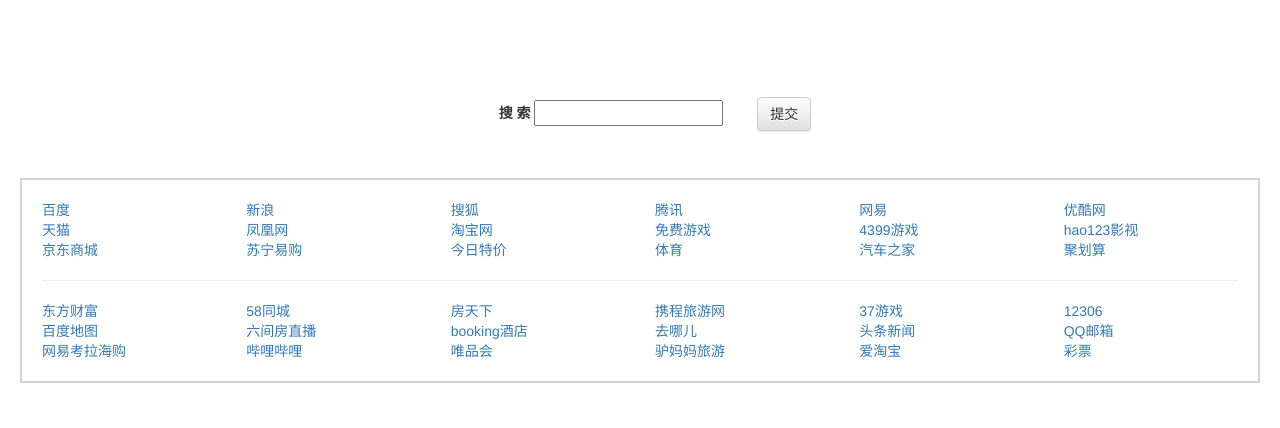
Repository: Echo-Jiang/Echo-Jiang.github.io
Page: test.15.html
The author's editor kept a record of every edit. The page is drawn from the files as they stood at one moment, then again after the next edit.
The browser window is 1280 px wide. The pictures show the whole page.

Above is the page before.

### test.15.html
<!DOCTYPE html>
<html lang="zh-CN">
  <head>
    <meta charset="utf-8">
    <meta http-equiv="X-UA-Compatible" content="IE=edge">
    <meta name="viewport" content="width=device-width, initial-scale=1">
    <!-- 上述3个meta标签*必须*放在最前面，任何其他内容都*必须*跟随其后！ -->
    <meta name="description" content="">
    <meta name="author" content="">
    <link rel="icon" href="../../favicon.ico">

    <title>hao123</title>

    <!-- Bootstrap core CSS -->
    <link href="css/bootstrap.min.css" rel="stylesheet">
    <!-- Bootstrap theme -->
    <link href="css/bootstrap-theme.min.css" rel="stylesheet">

    <!-- Custom styles for this template -->
    <link href="theme.css" rel="stylesheet">

    <!-- HTML5 shim and Respond.js for IE8 support of HTML5 elements and media queries -->
    <!--[if lt IE 9]>
      <script src="https://cdn.bootcss.com/html5shiv/3.7.3/html5shiv.min.js"></script>
      <script src="https://cdn.bootcss.com/respond.js/1.4.2/respond.min.js"></script>
    <![endif]-->

    <style type="text/css">
      .col-xs-12 {
        margin-bottom: 10px;
      }
    </style>
  </head>

  <body>
    <center><form class="form-inline">
      <div class="form-group" style="padding:30px">
        <label for="exampleInputSearch">搜 索</label>
        <input id="search">
      </div>
      <button type="button" class="btn btn-default">提交</button>
    </form></center>

    <script src="js/jquery.min.js"></script>
    <script src="js/bootstrap.min.js"></script>
    <script src="js/docs.min.js"></script>

    <script>
      $(document).ready(function(){
        $("button").click(function(){
          var key =$("#search").val();
          window.open("https://www.baidu.com/s?wd="+ key);

        });

        $("#search").keypress(function(event){
          alert("lll");
          if(event.keyCode == "13")
            {
              alert("hhh");
              // window.open("https://www.baidu.com/s?wd=");
            }
        });
      })
     </script>


    <div class="container-fluid" style="border:2px solid lightgrey; margin:20px; padding:20px">
      <div class="row">
        <div class="col-lg-2 col-md-3 col-sm-4 col-xs-6"><a href="https://www.baidu.com" target="_blank">百度</a></div>
        <div class="col-lg-2 col-md-3 col-sm-4 col-xs-6"><a href="https://www.xina.com.cn" target="_blank">新浪</a></div>
        <div class="col-lg-2 col-md-3 col-sm-4 col-xs-6"><a href="https://www.sohu.com" target="_blank">搜狐</a></div>
        <div class="col-lg-2 col-md-3 col-sm-4 col-xs-6"><a href="https://www.qq.com" target="_blank">腾讯</a></div>
        <div class="col-lg-2 col-md-3 col-sm-4 col-xs-6"><a href="https://www.163.com" target="_blank">网易</a></div>
        <div class="col-lg-2 col-md-3 col-sm-4 col-xs-6"><a href="https://www.youku.com" target="_blank">优酷网</a></div>
      </div>
      <div class="row">
        <div class="col-lg-2 col-md-3 col-sm-4 col-xs-6"><a href="https://www.tmall.com" target="_blank">天猫</a></div>
        <div class="col-lg-2 col-md-3 col-sm-4 col-xs-6"><a href="http://www.ifeng.com" target="_blank">凤凰网</a></div>
        <div class="col-lg-2 col-md-3 col-sm-4 col-xs-6"><a href="https://www.taobao.com/" target="_blank">淘宝网</a></div>
        <div class="col-lg-2 col-md-3 col-sm-4 col-xs-6"><a href="http://game.hao123.com/" target="_blank">免费游戏</a></div>
        <div class="col-lg-2 col-md-3 col-sm-4 col-xs-6"><a href="http://www.4399.com/" target="_blank">4399游戏</a></div>
        <div class="col-lg-2 col-md-3 col-sm-4 col-xs-6"><a href="http://v.hao123.baidu.com/" target="_blank">hao123影视</a></div>
      </div>
      <div class="row">
        <div class="col-lg-2 col-md-3 col-sm-4 col-xs-6"><a href="https://union-click.jd.com/jdc?d=iEZf6v" target="_blank">京东商城</a></div>
        <div class="col-lg-2 col-md-3 col-sm-4 col-xs-6"><a href="https://www.suning.com/?utm_source=hao123&utm_medium=mingzhan" target="_blank">苏宁易购</a></div>
        <div class="col-lg-2 col-md-3 col-sm-4 col-xs-6"><a href="http://tejia.hao123.com/?tn=mz" target="_blank">今日特价</a></div>
        <div class="col-lg-2 col-md-3 col-sm-4 col-xs-6"><a href="http://www.hao123.com/sports" target="_blank">体育</a></div>
        <div class="col-lg-2 col-md-3 col-sm-4 col-xs-6"><a href="http://www.autohome.com.cn/" target="_blank">汽车之家</a></div>
        <div class="col-lg-2 col-md-3 col-sm-4 col-xs-6"><a href="https://s.click.taobao.com/qvi0lew" target="_blank">聚划算</a></div>
      </div>
      <hr>
      <div class="row">
        <div class="col-lg-2 col-md-3 col-sm-4 col-xs-6"><a href="http://www.eastmoney.com/" target="_blank">东方财富</a></div>
        <div class="col-lg-2 col-md-3 col-sm-4 col-xs-6"><a href="http://jump.luna.58.com/s?spm=b-31580022738699-me-f-862&ch=mingzhan" target="_blank">58同城</a></div>
        <div class="col-lg-2 col-md-3 col-sm-4 col-xs-6"><a href="http://www.fang.com/" target="_blank">房天下</a></div>
        <div class="col-lg-2 col-md-3 col-sm-4 col-xs-6"><a href="http://u.ctrip.com/union/CtripRedirect.aspx?TypeID=2&Allianceid=1630&sid=1911&OUID=&jumpUrl=http://www.ctrip.com/" target="_blank">携程旅游网</a></div>
        <div class="col-lg-2 col-md-3 col-sm-4 col-xs-6"><a href="http://www.37.com/" target="_blank">37游戏</a></div>
        <div class="col-lg-2 col-md-3 col-sm-4 col-xs-6"><a href="http://www.12306.cn/" target="_blank">12306</a></div>
      </div>
      <div class="row">
        <div class="col-lg-2 col-md-3 col-sm-4 col-xs-6"><a href="http://map.baidu.com/" target="_blank">百度地图</a></div>
        <div class="col-lg-2 col-md-3 col-sm-4 col-xs-6"><a href="https://www.6.cn/" target="_blank">六间房直播</a></div>
        <div class="col-lg-2 col-md-3 col-sm-4 col-xs-6"><a href="https://www.booking.com/index.html?aid=1337411" target="_blank">booking酒店</a></div>
        <div class="col-lg-2 col-md-3 col-sm-4 col-xs-6"><a href="https://www.qunar.com/?ex_track=auto_58c11276" target="_blank">去哪儿</a></div>
        <div class="col-lg-2 col-md-3 col-sm-4 col-xs-6"><a href="http://tuijian.hao123.com/?type=rec" target="_blank">头条新闻</a></div>
        <div class="col-lg-2 col-md-3 col-sm-4 col-xs-6"><a href="http://mail.qq.com/" target="_blank">QQ邮箱</a></div>
      </div>
      <div class="row">
        <div class="col-lg-2 col-md-3 col-sm-4 col-xs-6"><a href="http://www.kaola.com/activity/detail/31331.shtml?__da_7cd80f92_575e49d870c33c80" target="_blank">网易考拉海购</a></div>
        <div class="col-lg-2 col-md-3 col-sm-4 col-xs-6"><a href="http://www.bilibili.com/" target="_blank">哔哩哔哩</a></div>
        <div class="col-lg-2 col-md-3 col-sm-4 col-xs-6"><a href="https://dmp-data.vip.com/deeplink/goHome?tra_from=tra%3Am886rni1%3A%3A%3A%3A" target="_blank">唯品会</a></div>
        <div class="col-lg-2 col-md-3 col-sm-4 col-xs-6"><a href="http://www.lvmama.com/?losc=050150&tele=603&cm_mmc=hao123-_-cpt-_-dh-_-m" target="_blank">驴妈妈旅游</a></div>
        <div class="col-lg-2 col-md-3 col-sm-4 col-xs-6"><a href="http://redirect.simba.taobao.com/rd?c=un&w=bd&f=https%3A%2F%2Fai.taobao.com%2F%3Fpid%3Dmm_26632322_6858406_121586238&k=3e8e7ae3f29b7029&p=mm_26632322_6858406_121586238" target="_blank">爱淘宝</a></div>
        <div class="col-lg-2 col-md-3 col-sm-4 col-xs-6"><a href="http://caipiao.hao123.com/" target="_blank">彩票</a></div>
      </div>
    </div>

  </body>
</html>

Loaded but not shown: css/bootstrap.min.css (library); css/bootstrap-theme.min.css (library); css/theme.css (common file); js/jquery.min.js (library); js/bootstrap.min.js (library); js/docs.min.js (library)

After the next edit:
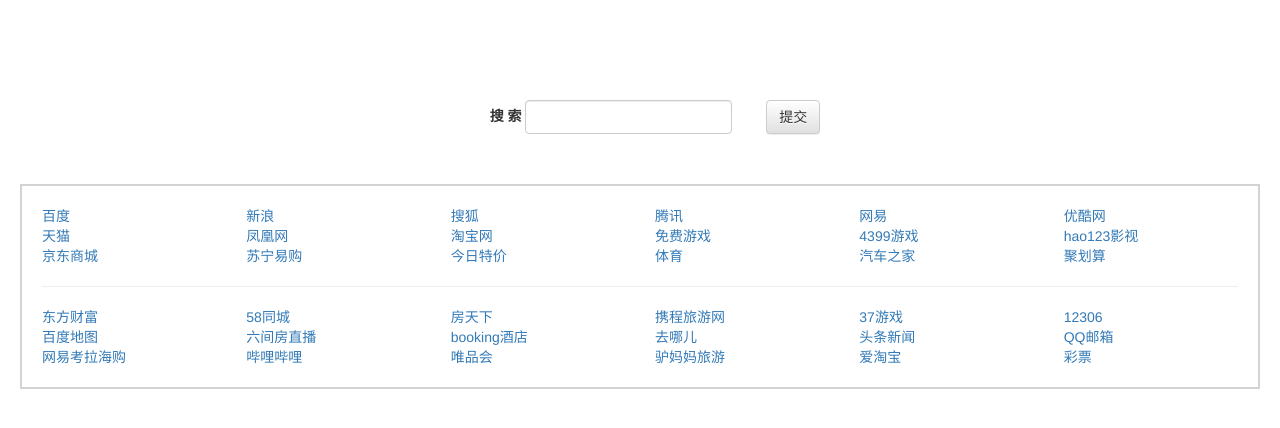
The edit:
--- a/test.15.html
+++ b/test.15.html
@@ -36,7 +36,7 @@
     <center><form class="form-inline">
       <div class="form-group" style="padding:30px">
         <label for="exampleInputSearch">搜 索</label>
-        <input id="search">
+        <input type="search" class="form-control" id="search">
       </div>
       <button type="button" class="btn btn-default">提交</button>
     </form></center>
